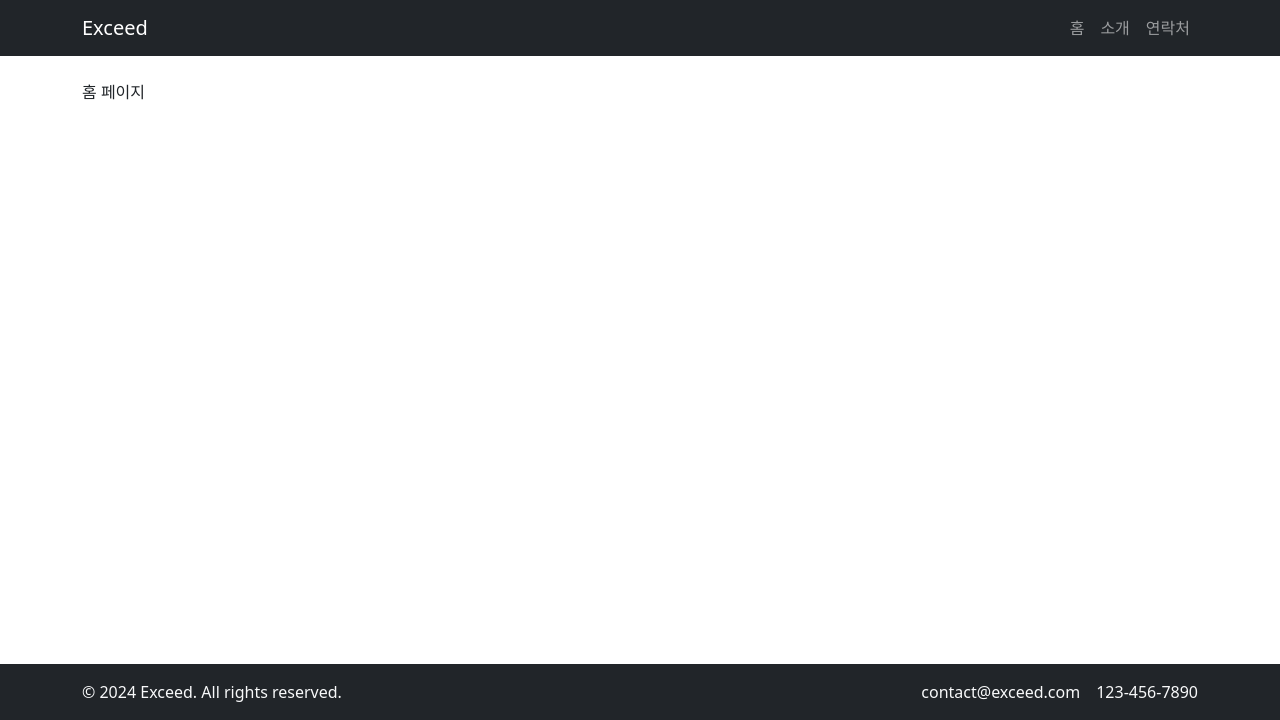
Repository: somej-123/exceed
Page: /
These files come from the project's save history. The page is drawn as it stood at one moment and after the next save; the edit follows.
The browser window is 1280 px wide. The pictures show the whole page.
The project was rebuilt for these pictures with package versions that can differ from the ones it lists, and the page was loaded fresh each time. Also part of the build but not shown: vite.config.ts.

Above is the page before, as saved 2025-03-23 18:38:28.

After the next save:
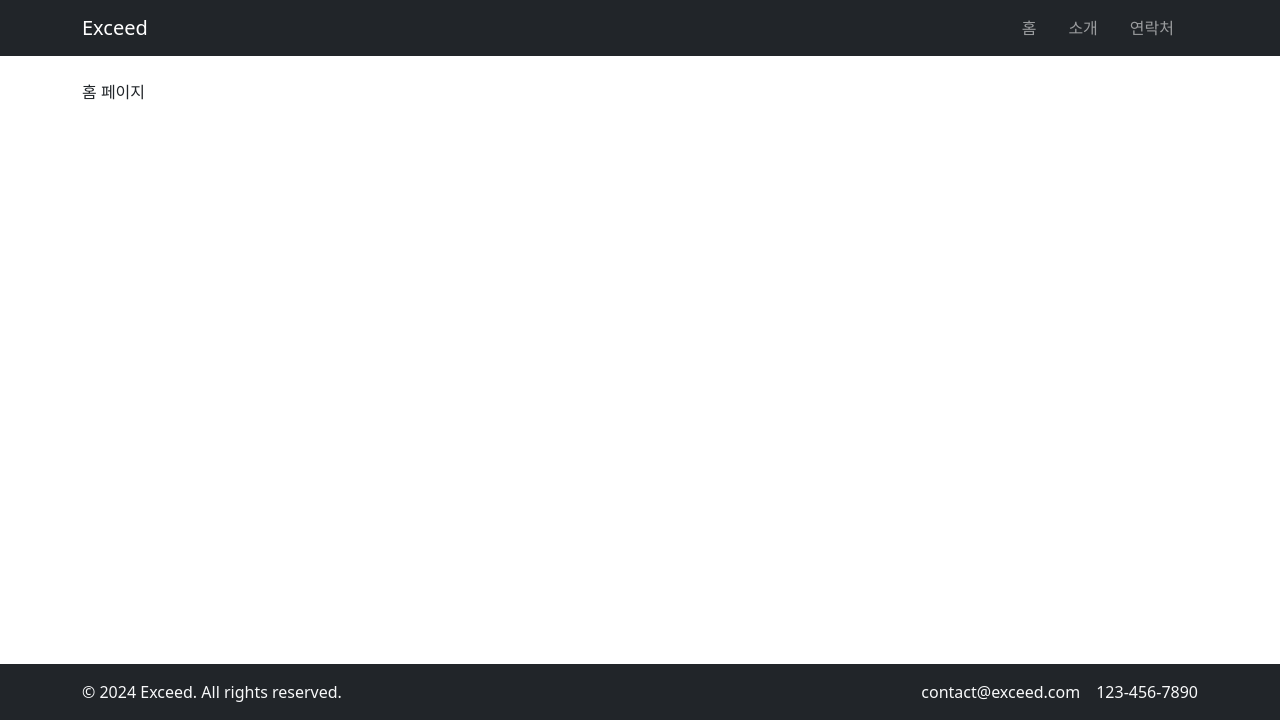
Saved 92 s later.
--- a/src/components/Header.tsx
+++ b/src/components/Header.tsx
@@ -9,9 +9,9 @@ const Header = () => {
         <Navbar.Toggle aria-controls="basic-navbar-nav" />
         <Navbar.Collapse id="basic-navbar-nav">
           <Nav className="ms-auto">
-            <Nav.Link as={Link} to="/">홈</Nav.Link>
-            <Nav.Link as={Link} to="/about">소개</Nav.Link>
-            <Nav.Link as={Link} to="/contact">연락처</Nav.Link>
+            <Nav.Link as={Link} className="me-3" to="/">홈</Nav.Link>
+            <Nav.Link as={Link} className="me-3" to="/about">소개</Nav.Link>
+            <Nav.Link as={Link} className="me-3" to="/contact">연락처</Nav.Link>
           </Nav>
         </Navbar.Collapse>
       </Container>
